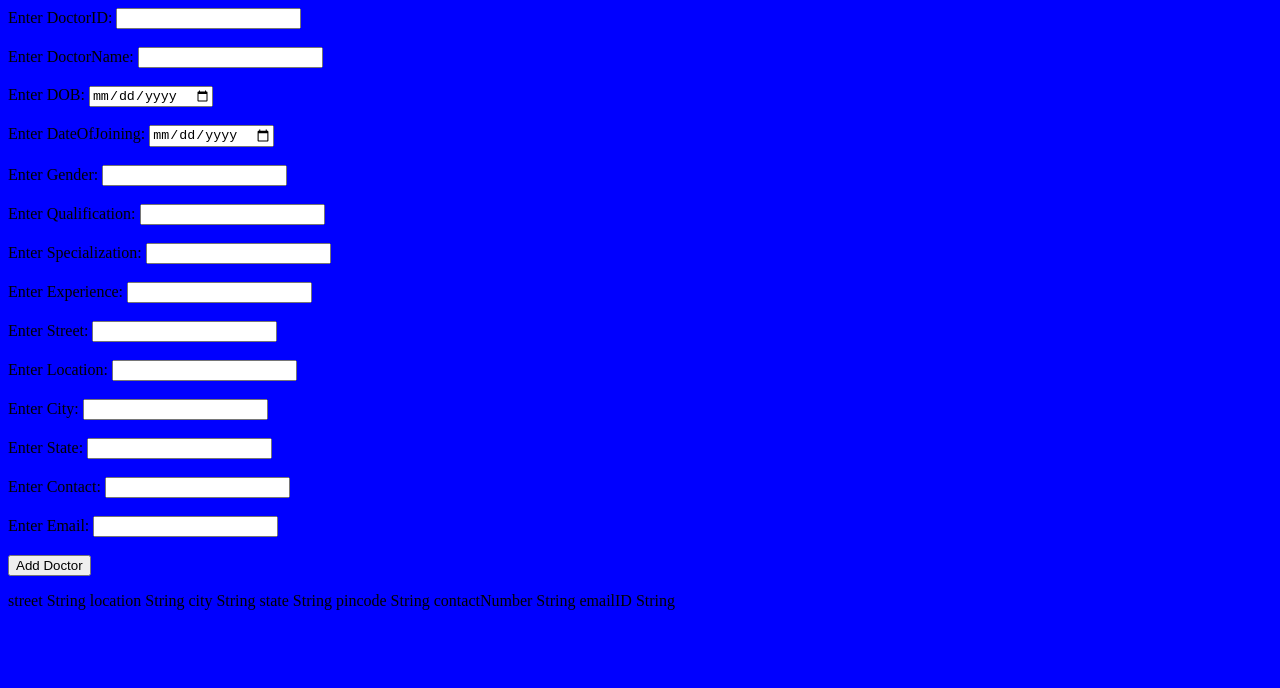
Repository: Pravinkumar-Raja/SpringProjects
Page: http://localhost/Spring-Web/WEB-INF/views/AddDoctor.jsp
The author's editor kept a copy of each file at every save. The page is drawn from the files as they stood at one save, then again after the next save.
The browser window is 1280 px wide. The pictures show the whole page.
The page is served by Tomcat 9. Nobody is signed in. The template is opened directly, without the code that normally fills it, so the values that code supplies are empty.

Above is the page before, as saved 2025-11-24 08:13:56.

After the next save:
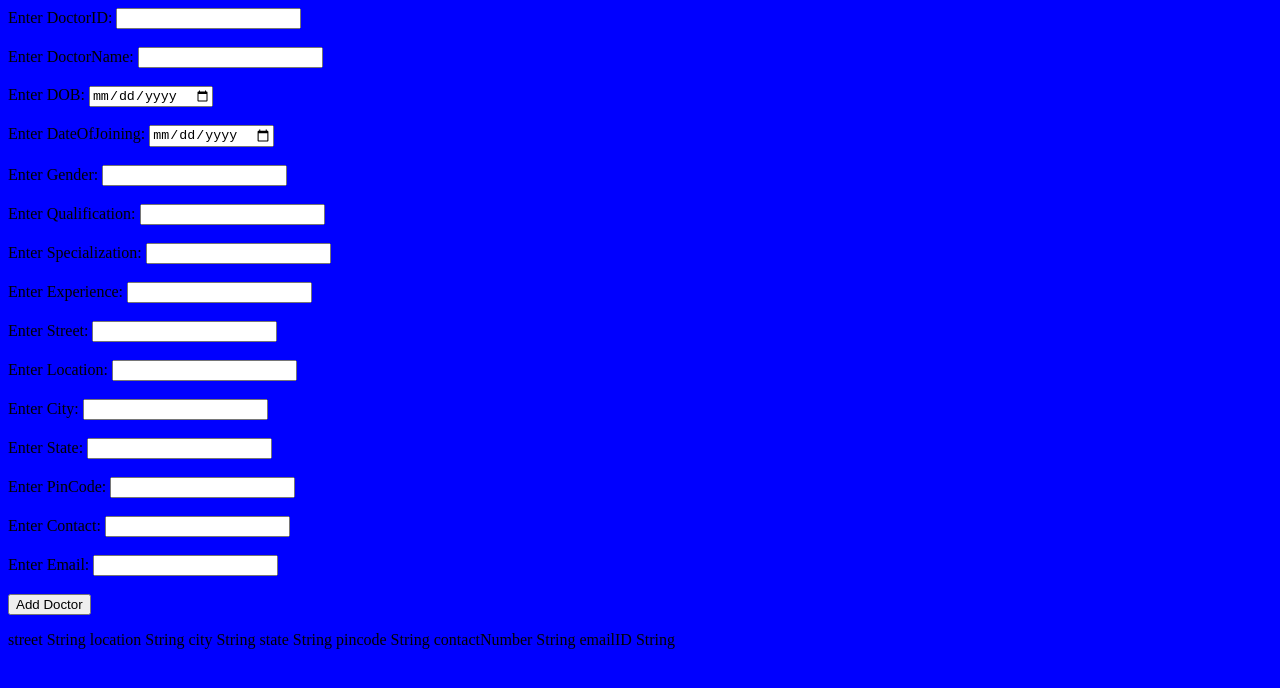
Saved 117 s later.
--- a/Spring-Web/src/main/webapp/WEB-INF/views/AddDoctor.jsp
+++ b/Spring-Web/src/main/webapp/WEB-INF/views/AddDoctor.jsp
@@ -13,6 +13,7 @@
 			Enter Location: <input type="text" name="location"/><br><br>
 			Enter City: <input type="text" name="city"/><br><br>
 			Enter State: <input type="text" name="state"/><br><br>
+			Enter PinCode: <input type="number" name="pincode"/><br><br>
 			Enter Contact: <input type="number" name="contact"/><br><br>
 			Enter Email: <input type="email" name="email"/><br><br>
 			<button type="submit">Add Doctor</button>
